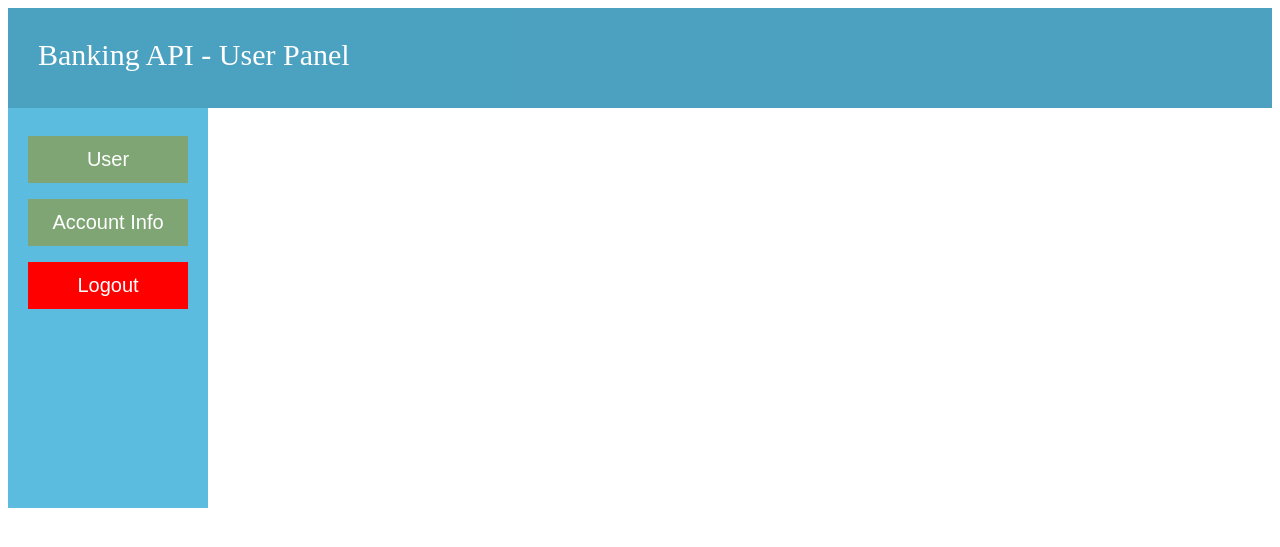
Repository: kennyufish/Revature_ROCP1_Project_Banking_API
Page: banking_api/src/main/webapp/userInfo.html
An editor plug-in stored every save of this project. The page is shown before and after a run of saves, followed by the edit.
The browser window is 1280 px wide. The pictures show the whole page.

Above is the page before, as saved 2020-10-10 16:12:25.

After the next 2 saves:
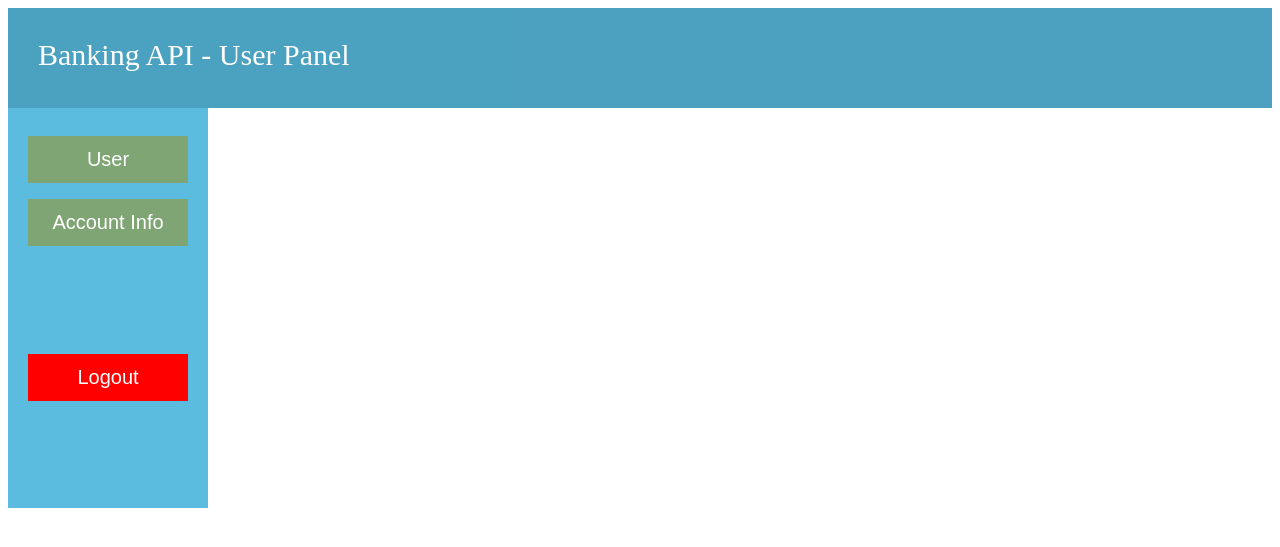
The 2 saves are shown as one change because they came seconds apart.
The last was saved 25 s later.
--- a/banking_api/src/main/webapp/userInfo.html
+++ b/banking_api/src/main/webapp/userInfo.html
@@ -70,7 +70,7 @@ opacity:0.5
 	border:none;
 	cursor:pointer;
 	width:100%;
-	margin-bottom: 100px;
+	margin-top: 100px;
 }
 
 </style>
